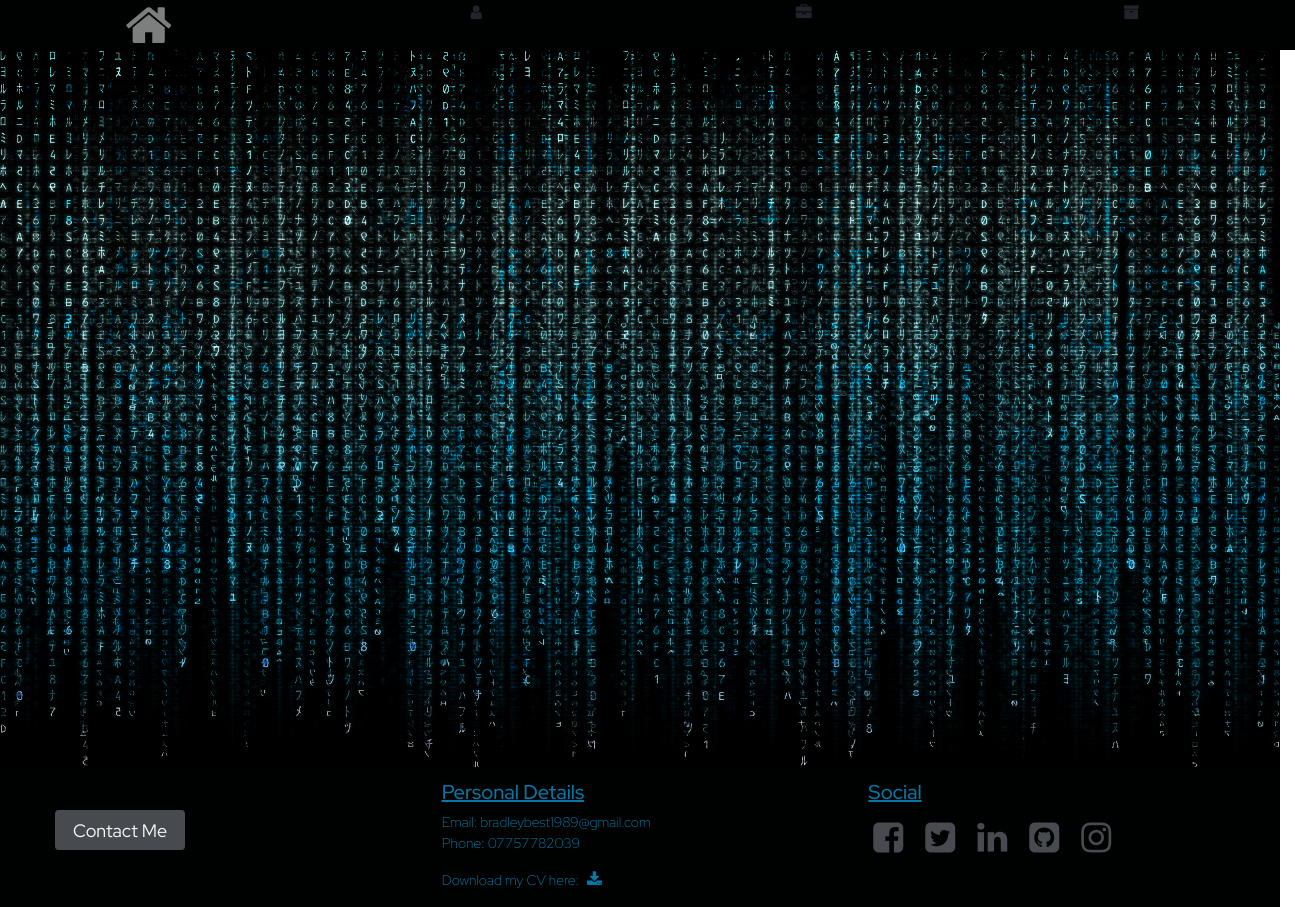
Repository: Brad000/Resume-project
Page: index.html
The author's editor kept a record of every edit. The page is drawn from the files as they stood at one moment, then again after the next edit.
The browser window is 1280 px wide. The page is 1295 px wide, so the pictures cover 1295 px, including what lies to the right of the window. The pictures show the whole page.

Above is the page before.

After the next edit:
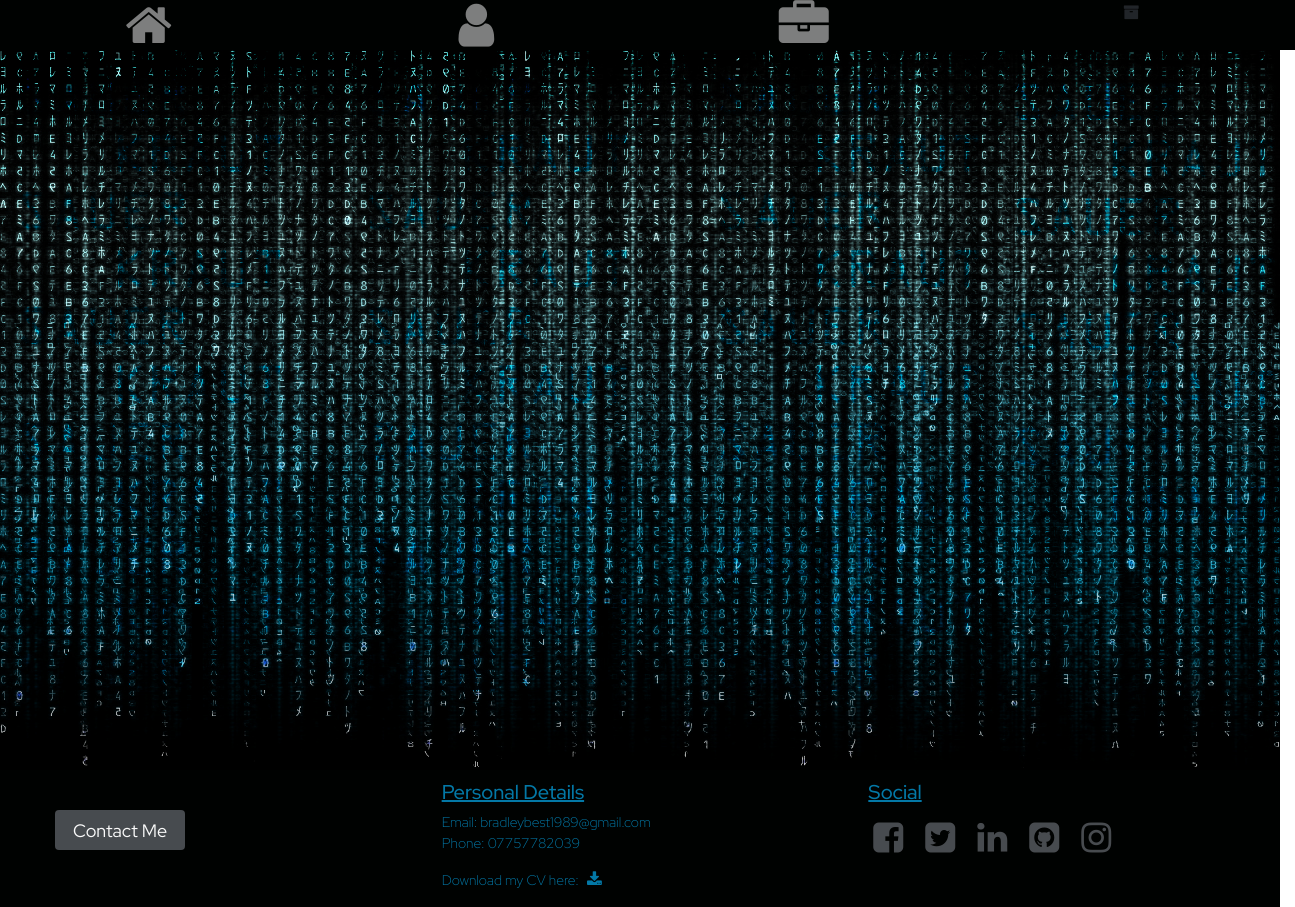
The edit:
--- a/assets/css/style.css
+++ b/assets/css/style.css
@@ -18,7 +18,7 @@
   text-align: center;
 }
 
-.fa-home {
+.fa-home, .fa-user, .fa-briefcase {
   font-size: 50px;
   color: #fafafa;
   opacity: 0.5;
